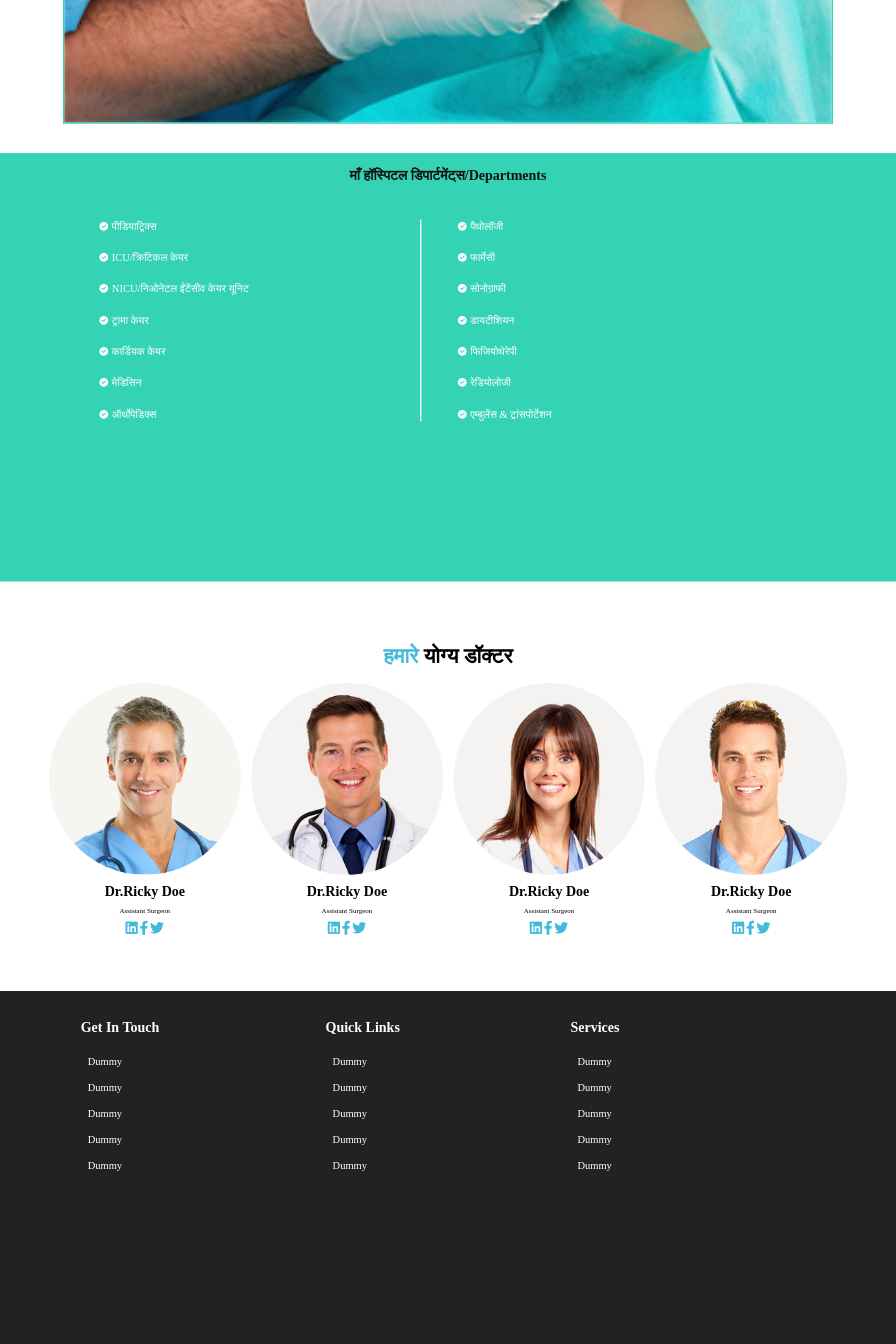
Repository: Aayush919/test
Page: index.html
These files come from the project's save history. The page is drawn as it stood at one moment and after the next save; the edit follows.
The browser window is 1280 px wide. The pictures show the part of the page from y = 2164 to 4084 px (the page is 4084 px tall before and 3994 px after), at 70% of full size.

Above is the page before, as saved 2023-10-15 09:01:27.

### index.html
<!DOCTYPE html>
<html lang="en">
<head>
    <meta charset="UTF-8">
    <meta http-equiv="X-UA-Compatible" content="IE=edge">
    <meta name="viewport" content="width=device-width, initial-scale=1.0">
    <link href="https://cdn.jsdelivr.net/npm/remixicon@3.5.0/fonts/remixicon.css" rel="stylesheet">
    <link rel="stylesheet" href="fontawesome-free-5.15.3-web/css/all.min.css">
    <link rel="stylesheet" href="style.css">
</head>
<body>
    <header class="header">
        <a href="#" id="logo"><span>माँ </span> हॉस्पिटल <span id="guna">गुना</span></a>

        <nav class="navbar">
        <a href="#">होम</a>
        <a href="#">अबाउट</a>
        <a href="#">गैलरी</a>
        <a href="#">ब्लॉग</a>
        <a href="#">संपर्क</a>

        </nav>

    <div class="icons">
        <i class="ri-linkedin-fill"></i>
        <i class="ri-whatsapp-fill"> </i>

    </div>

<a href="#" id="menu_bars" class="fas fa-bars"></a>
    </header>

   <div class="container">
       <div class="main-text">
           <h2> हमारे पास आपके लिए सर्वोत्तम चिकित्सा योजना विकल्प हैं !</h2>
           <button>संपर्क</button>
       </div>
   </div>
<!-- services we provide -->
<div class="service-section">
    <h2 id="ourservices">हमारी सर्विसेज</h2>
    <div class="inner-service-section">
        <div class="service-box">
            <img src="./images/opd.png" alt="">
        <h2 >मल्टी-स्पेशिलिटी OPD सर्विसेज</h2>
        <p><span>"माँ हॉस्पिटल गुना</span>, आपके लिए मल्टी-स्पेशियलिस्ट आउटपेशेंट डिपार्टमेंट (OPD) सेवा प्रदान करता है, जहाँ रोगियों को विभिन्न चिकित्सा क्षेत्रों के विशेषज्ञों का साथ एक ही छत के नीचे प्राप्त होता है।"</p>
        </div>
        <div class="service-box">
             <img src="./images/em.png" alt="">
        <h2>24*7 इमरजेंसी सर्विसेज</h2>

        <p>
            <span>"माँ हॉस्पिटल गुना</span>, 24*7 ( इमरजेंसी सर्विसेज ) आपातकालीन सेवाएँ प्रदान करते हैं, यानि हमेशा आपके स्वास्थ्य की देखभाल के लिए तैयार खड़े हैं, चाहे रात या दिन
            के किस भी समय हो।"
     </p>
        </div>
        <div class="service-box">
            <img src="./images/icu.png" alt="">
        <h2>ICU/क्रिटिकल केयर</h2>
        <p><span>"माँ हॉस्पिटल गुना</span>, में ICU और गंभीर देखभाल विभाग उन रोगियों के लिए है जो जीवन संकट की स्थिति में हैं। हम उनके लिए उनकी स्वास्थ्य स्थिति की सख्त निगरानी और उच्च गुणवत्ता वाला उपचार प्रदान करने के लिए समर्पित हैं।"
        </p>
        </div>

        <div class="service-box">
            <img src="./images/nicu.png" alt="">
        <h2>NICU/निओनेटल ईंटेंसीव केयर यूनिट</h2>
        <p><span>"माँ हॉस्पिटल गुना</span>,में NICU एक अलग शिशु चिकित्सा इकाई है, जिसमें अलग से जन्म वाले और बाहर से आए शिशुओं के लिए विशेष सेवाएँ उपलब्ध हैं। हम शिशुओं की स्वास्थ्य स्थिति की देखभाल करने और उनके जीवन को बचाने के लिए सशक्त प्रतिबद्ध हैं।"</p>
        </div>
    </div>


    <div class="inner-service-section">
        <div class="service-box">
            <img src="./images/pharmacy.png" alt="">
        <h2>24*7 फार्मेसी </h2>
        <p>"हम 24*7 फार्मेसी सेवा प्रदान करते हैं, ताकि आपको दवाओं और आवश्यक स्वास्थ्य सामग्री की आवश्यकता होने पर भी दिन रात किसी भी समय मिल सके।"
        </p>
        </div>
        <div class="service-box">
          <img src="./images/pathology.png" alt="">
        <h2>पैथोलॉजी</h2>
        <p>"हमारा पैथोलॉजी लैब उच्च गुणवत्ता वाली पथोलॉजी सेवाएँ प्रदान करता है और रोगीयों के निदान और चिकित्सा की सही दिशा में मदद करता है।"</p>
        </div>
        <div class="service-box">
          <img src="./images/ambulance.png" alt="">
        <h2>24*7 एम्बुलेंस</h2>
        <p>"हम एम्बुलेंस सेवा और यातायात की सुविधा प्रदान करते हैं, ताकि आपके स्वास्थ्य आवश्यकता के समय हमारे द्वारा आपको त्वरित और सुरक्षित रूप से पहुंचाया जा सके।"</p>
        </div>

        <div class="service-box">
       <img src="/images/cardiac.png" alt="">
        <h2>कार्डियक केयर</h2>
        <p>"हमारा कार्डियक केयर विभाग हृदय रोगों के निदान, उपचार, और देखभाल में विशेषज्ञता और उच्च गुणवत्ता की गारंटी है। हम रोगियों के स्वास्थ्य की निगरानी रखते हैं और उन्हें स्वस्थ जीवनशैली के लिए मार्गदर्शन प्रदान करते हैं। हम एक सुरक्षित और आदर्श दौरा प्रदान करके हृदय स्वास्थ्य की देखभाल करते हैं।"</p>
        </div>
    </div>
</div>





<div class="work-section">
    <div class="inner-work-section">
        <h2><span>माँ हॉस्पिटल</span>, द्वारा चलाये जाने वाले केम्प की अपडेटेड जानकारी यहा उपलब्ध है।
        </h2>
        <img src="./images/gallery 1.png" alt="">
        </div>
</div>


<!-- our depart-->
<div class="depart">
    <h1>माँ हॉस्पिटल डिपार्टमेंट्स/Departments</h1>
    <div id="keyservice">
        <div id="bx1">
            <h3><span><i class="ri-checkbox-circle-fill"></i></span><a href="#pg1">पीडियाट्रिक्स</a></h3>
            <h3><span><i class="ri-checkbox-circle-fill"></i></span><a href="#pg2">ICU/क्रिटिकल केयर</a></h3>
            <h3><span><i class="ri-checkbox-circle-fill"></i></span><a href="#pg4">NICU/निओनेटल ईंटेंसीव केयर यूनिट</a></h3>
            <h3><span><i class="ri-checkbox-circle-fill"></i></span><a href="#pg5">ट्रामा केयर </a></h3>
            <h3><span><i class="ri-checkbox-circle-fill"></i></span><a href="#pg6">कार्डियक केयर</a></h3>
            <h3><span><i class="ri-checkbox-circle-fill"></i></span><a href="#pg9">मेडिसिन</a></h3>
            <h3><span><i class="ri-checkbox-circle-fill"></i></span><a href="#pg3">ऑर्थोपेडिक्स</a></h3>

        </div>
        <div id="bx2">
            <h3><span><i class="ri-checkbox-circle-fill"></i></span><a href="#pg8">पैथोलॉजी
            </a></h3>
            <h3><span><i class="ri-checkbox-circle-fill"></i></span><a href="#pg7">फार्मेसी</a></h3>
            <h3><span><i class="ri-checkbox-circle-fill"></i></span><a href="#pg10">सोनोग्राफी</a></h3>
            <h3><span><i class="ri-checkbox-circle-fill"></i></span><a href="#pg11">डायटीशियन</a></h3>
            <h3><span><i class="ri-checkbox-circle-fill"></i></span><a href="#pg12">फिजियोथेरेपी
            </a></h3>
            <h3><span><i class="ri-checkbox-circle-fill"></i></span><a href="#pg13">रेडियोलोजी</a></h3>
            <h3><span><i class="ri-checkbox-circle-fill"></i></span><a href="#pg14">एम्बुलेंस &  ट्रांसपोर्टेशन </a></h3>

        </div>
    </div>
</div>
<!-- our depart ended -->

<!-- our team seaction -->
<div class="ourteam-section">
    <h2><span>हमारे </span>योग्य डॉक्टर</h2>
    <div class="ourteam-inner">
        <div class="section-box">
            <img src="images/ourteam1.png" alt="">
            <h3>Dr.Ricky Doe</h3>
            <p>assistant surgeon</p>
            <div class="team-social-links">
                <i class="fab fa-linkedin"></i>
                <i class="fab fa-facebook-f"></i>
                <i class="fab fa-twitter"></i>
            </div>
        </div>
        <div class="section-box">
            <img src="images/ourteam2.png" alt="">
            <h3>Dr.Ricky Doe</h3>
            <p>assistant surgeon</p>
            <div class="team-social-links">
                <i class="fab fa-linkedin"></i>
                <i class="fab fa-facebook-f"></i>
                <i class="fab fa-twitter"></i>
            </div>
        </div>
        <div class="section-box">
            <img src="images/ourteam3.png" alt="">
            <h3>Dr.Ricky Doe</h3>
            <p>assistant surgeon</p>
            <div class="team-social-links">
                <i class="fab fa-linkedin"></i>
                <i class="fab fa-facebook-f"></i>
                <i class="fab fa-twitter"></i>
            </div>
        </div>
        <div class="section-box">
            <img src="images/ourteam4.png" alt="">
            <h3>Dr.Ricky Doe</h3>
            <p>assistant surgeon</p>
            <div class="team-social-links">
                <i class="fab fa-linkedin"></i>
                <i class="fab fa-facebook-f"></i>
                <i class="fab fa-twitter"></i>
            </div>
        </div>

    </div>

</div>
<!-- our team seaction -->

<!-- creating footer -->

<div class="main-footer">
    <div class="inner-footer">
        <h2>get in touch</h2>
        <a href="#">dummy</a>
        <a href="#">dummy</a>
        <a href="#">dummy</a>
        <a href="#">dummy</a>
        <a href="#">dummy</a>
    </div>

    <div class="inner-footer">
        <h2>quick links</h2>
        <a href="#">dummy</a>
        <a href="#">dummy</a>
        <a href="#">dummy</a>
        <a href="#">dummy</a>
        <a href="#">dummy</a>
    </div>

    <div class="inner-footer">
        <h2>services</h2>
        <a href="#">dummy</a>
        <a href="#">dummy</a>
        <a href="#">dummy</a>
        <a href="#">dummy</a>
        <a href="#">dummy</a>
    </div>
</div>

<!-- creating footer -->




















    <script src="script.js"></script>
</body>
</html>




<!-- <div class="gel">

    <div class="galleryheading">
        <h2>हमारी <span> गैलरी</span></h2>
    </div>
    <div class="gallery">
        <img src="./images/gallery 1.png" alt="">
        <img src="./images/gallery 1.png"  alt="">
        <img src="./images/gallery3.png" alt="">
        <img src="./images/gallery 4.png" alt="">
        <img src="./images/gallery5.png" alt="">
        <img src="./images/gallery6.png" alt="">
        <img src="/images/gallery6.png" alt="">
        <img src="/images/gallery6.png" alt="">
        <img src="/images/gallery6.png" alt="">
    </div>

</div> -->

### style.css
@import url('https://fonts.googleapis.com/css2?family=Roboto:wght@100;300;400;500;700&display=swap');
:root{
    --fontcolor:#43b9dc;
    --backgroundcolor:#34d3b4;
}
*{
    margin: 0;
    padding: 0;
    font-family:gilroy;
    box-sizing: border-box;
    transition: all .2s linear;
    text-transform: capitalize;
    text-decoration: none;
}
html{
    font-size: 62.5%;
    overflow-x: hidden;
    scroll-behavior: smooth;
}
header{
    position: fixed;
    top: 0;
    left: 0;
    right: 0;
    padding: 2rem 7%;
    display: flex;
    justify-content: space-between;
    align-items: center;
    background:white;
    box-shadow: 0 1rem 1rem rgb(0, 0, 0, .1);
    z-index: 10000000;
}
#guna{
    font-size: 15px;

}
header #logo{
    font-size: 3rem;
    color: black;
}
header #logo span{
    color: var(--fontcolor);
}
header .navbar a{
    font-weight: 600;

    font-size: 1.8rem;
    color: var(--fontcolor);
    margin-left: 1.5rem;
}
.icons i{
font-size: 2rem;
color: var(--fontcolor);
margin-left: 1rem;
}
header #menu_bars{
    font-size: 2rem;
    color: var(--fontcolor);
    display: none;
}
header .navbar.active{
    left: 0;
    transition: .5s;
}
.main-image{

    background-repeat: no-repeat;
    background-size: cover;
    background-position: center;
    width: 100%;
    margin-top: 75px;
    height: 100vh;
}
.container{
    background: url("./images/headerimage.jpg");
    width: 100%;
    padding-top: 8.5rem;
    background-position: center;
    background-size: cover;
    background-repeat: no-repeat;
    height: 100vh;
}
.container .main-text{
    width: 50%;
    position: absolute;
    top: 200px;
    padding: 0 2rem;
    text-align: center;
}
.container .main-text h2{
    font-size: 40px;
    color: #fff;
    padding-bottom: 1.5rem;
}
.container .main-text button{
    padding: 1.5rem 3.5rem;
    background: #3FC1D1;
    color: white;
    border: none;
    border-radius:1px;

    font-weight: 700;
}
.service-section{
    padding: 2rem 7%;
    background: linear-gradient(#43b9dc, #34d3b4);
    min-height: 50vh;
}
#ourservices{
    color: white;
    font-size: 30px;
    padding: 2rem 0;
    text-align: center;
}
.inner-service-section{
    display: flex;
    flex-wrap: wrap;
    gap: 15px;
    justify-content: center;
    text-align: center;
}
.service-box{
    flex: 1 1 200px;
    padding: 5rem 0;
    box-shadow: 0 1rem 1rem rgba(0, 0, 0, .1);
}
.service-box img{
    color: white;
     height: 10rem;
    padding: .5rem 0;
}

.service-box h2{
    color: white;
    font-size: 1.8rem;
    padding: 1rem 0;
}
.service-box p{
    color: white;
    font-size: 1.5rem;
    padding: 0 1rem;
}
.work-section{
    padding: 4rem 7%;
    display: grid;
    grid-template-columns: 2fr 1fr;
    justify-content: center;

}
.inner-work-section img{
    width:  110rem;
    border: 2px solid #34d3b4;
    margin-top: 10px;
}
.inner-work-section h2{
    font-size: 2rem;
    padding: .5rem 0;

}
.inner-work-section h2 span{
    color:#34d3b4;

}
.scnclass{
    padding: 0 1rem;
}
.myimages{
    display: grid;
    grid-template-columns: 1fr 1fr;
    padding-top: 1rem;
}
.btn{
    padding: 1rem 3rem;
    background: var(--backgroundcolor);
    border-radius: 15px;
   display: inline-block;
   color: white;
   font-size: 18px;
   margin-top: 5px;
}
.creative-text{
    padding: 2rem 0;
}
.depart{
    background: var(--backgroundcolor);
    min-height: 85vh;
    padding: 2rem 9%;
}
.depart h1{
    color:#111;
    display: flex;
    align-self: center;
    justify-content: center;
    font-size: 2rem;
}

/* .galleryheading{ */
    /* color: #111;
    padding: 2rem 0;
    text-align: center;
    font-size: 20px;
}
.galleryheading span{
    color: var(--fontcolor);
}
.main-gallery .gallery-box{
    flex: 1 1 300px;
}
.main-gallery{
    display: flex;
    flex-wrap: wrap;
    gap: 15px;
}
.gallery-box img{
    width: 100%;
} */
.ourteam-section{
    padding: 7rem;
}
.ourteam-section h2{
    padding: 2rem;
    font-size: 3rem;
    text-align: center;
}
.ourteam-section h2 span{
    color: var(--fontcolor);
}
.ourteam-inner{
    display: flex;
    flex-wrap: wrap;

    text-align: center;
    gap: 15px;
}
.ourteam-inner .section-box{
    flex: 1 1 250px;
}
.ourteam-inner .section-box img{
    width: 100%;
}
.section-box h3{
    padding: 1rem 0;
    font-size: 2rem;
}
.team-social-links i{
    color: var(--fontcolor);
    font-size: 2rem;
    padding:1rem 0;
}
.main-footer{
    display: flex;
    flex-wrap: wrap;
    justify-content: space-between;
    background: #222;
    padding: 2rem 9%;
    height: 70vh;
}
.inner-footer{
    flex: 1 1 200px;
}
.inner-footer h2{
    color: white;
    font-size: 2rem;
    padding: 2rem 0;
}
.inner-footer a{
    display: block;

    color: white;
    font-size: 1.5rem;
    padding: 1rem;
}












@media (max-width:768px) {
    html{
        font-size: 50%;
    }
    header #menu_bars{
        display: initial;
    }

    header .navbar{
        position: absolute;
        top: 100%;
        left: 100%;
        right: 0;
        background: var(--backgroundcolor);
        height: 100vh;
        text-align: center;

    }
    header .navbar a{
        display: block;

        background: white;
        margin-top: 1rem;
        padding: 2rem;
        width: 90%;
        border-radius: 10px;
    }
    .container .main-text{
        width: 70%;
        padding: 0 ;
    }
   .work-section{
       display: grid;
       grid-template-columns: 1fr;

   }
   .myimages img{
       width: 100%;
   }
   .btn{
       display: block;
   }
   .inner-work-section h2{
    font-size:1.2rem;
   display: flex;
   flex-wrap: wrap;
   align-self:center;
   justify-content: center;
}

.depart{
    background: var(--backgroundcolor);
    min-height:65vh;
    padding: 2rem 9%;
}

.depart h1{
    color:#111;
    display: flex;
    align-self: center;
    justify-content: center;
    font-size: 1.9rem;
}

}

/*
.gallery{
    display: grid;
    grid-template-columns: repeat(3, 1fr);
    gap: 1vh;
    margin-inline: auto;
    max-width: 70rem;

    background: #141414;
    background: var(--backgroundcolor);
    padding: 1vh;
}

 .gallery > img{
    width: 100%;
    aspect-ratio: 1 / 1;
    object-fit: cover;
    transition: all 0.3s ease;
    border-radius:2px;

}

.gallery:has(img:hover) img:not(:hover) {
    scale: 0.8;
    opacity: 0.5;
    filter: grayscale(70%);
}
 */


#keyservice {
    padding-top: 4vw;
    padding-left: 2vw;
    font-family: g-r;
    /* background-color: crimson; */
    height: 55vh;
    display: flex;
    justify-content: space-between;
}

#keyservice h3 {
    color: #ffffff;
    display: flex;
    cursor: pointer;
    font-family: g-r;
    font-weight: 300;
    font-size: 1.5rem;

     line-height: 2rem;

}

#keyservice h3:hover {
    color: yellow;
    font-weight: 500;
}

#keyservice h3 span {
    color: #ffffff;
    margin-right: 4px;
}

#keyservice h3 a {
    text-decoration: none;
    color: #fff;
}

#keyservice h3 a:hover {
    color: yellow;
}

#bx1 {
    /* background-color: #77b9d7; */
    height: 40vh;
    display: flex;
    flex-direction: column;
    justify-content: space-between;
    width: 45%;
    border-right: 2px solid white;
}

#bx2 {
    height: 40vh;
    display: flex;
    flex-direction: column;
    justify-content: space-between;
    /* height: 25.5vh; */
    width: 50%;
    /* background-color: #9477d7; */
}

### script.js
let menubtn =document.querySelector('#menu_bars');
let mynav =document.querySelector('.navbar');

menubtn.onclick = () =>{
    menubtn.classList.toggle('fa-times');
    mynav.classList.toggle('active');
}

Loaded but not shown: fontawesome-free-5.15.3-web/css/all.min.css (library)

After the next save:
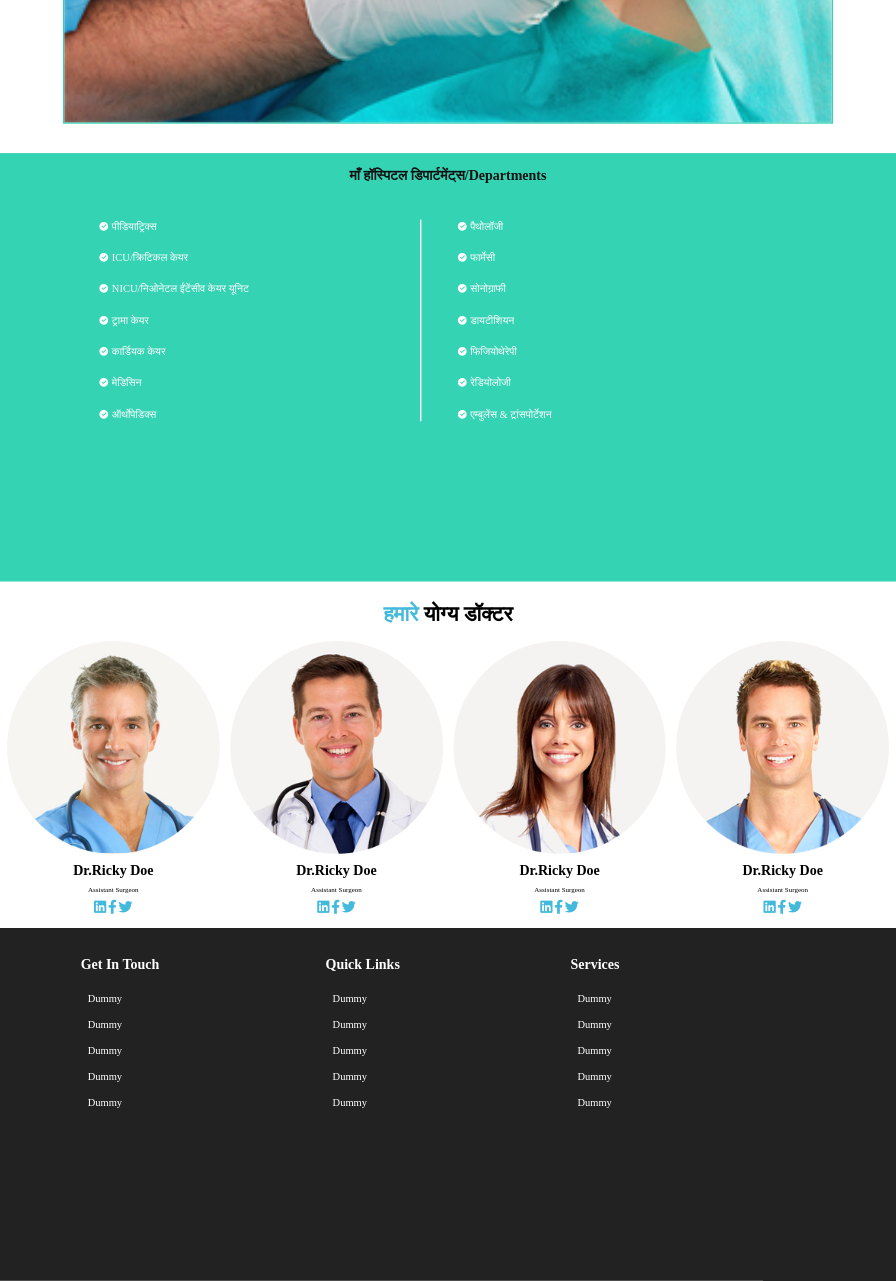
Saved 4 s later.
--- a/style.css
+++ b/style.css
@@ -215,7 +215,7 @@ header .navbar.active{
     width: 100%;
 } */
 .ourteam-section{
-    padding: 7rem;
+    padding: 1rem;
 }
 .ourteam-section h2{
     padding: 2rem;
